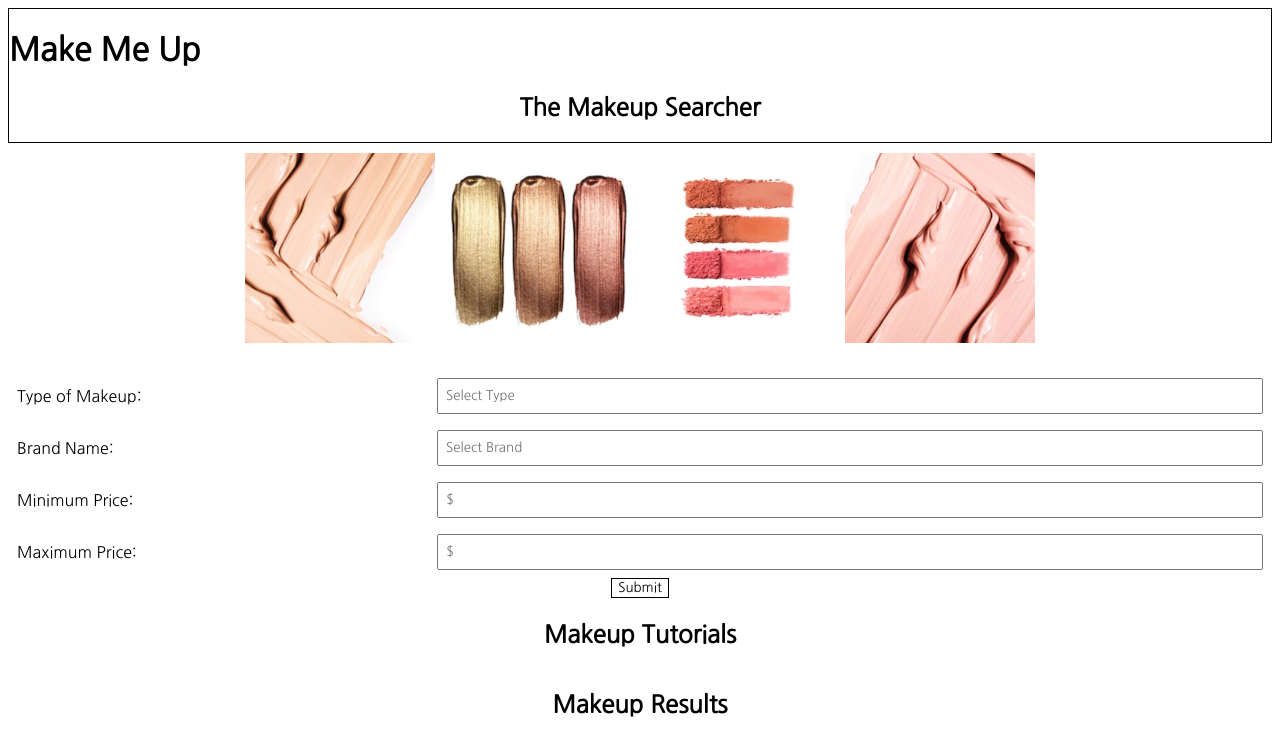
Repository: kaitlynMidori/MakeMeUp
Page: index.html
An editor plug-in stored every save of this project. The page is shown before and after the next save, followed by the edit.
The browser window is 1280 px wide. The pictures show the whole page.

Above is the page before, as saved 2020-12-10 17:22:26.

### index.html
<!DOCTYPE html>
<html lang="en">

<head>
    <meta charset="utf-8">
    <meta name="viewport" content="width=device-width">
    <title>Make Me Up</title>
    <link href="style.css" rel="stylesheet" type="text/css" />
    <link rel="preconnect" href="https://fonts.gstatic.com">
    <link href="https://fonts.googleapis.com/css2?family=Nanum+Gothic&display=swap" rel="stylesheet">
</head>

<body>

    <header>
        <h1>Make Me Up</h1>
        <h2>The Makeup Searcher</h2>
    </header>

    <div id="img-container" class="img" style="padding: 5px;">
        <img src="images/smear1.png" alt="eyeshadow smear" height="200" width="200" style="padding: 5px;">
        <img src="images/smear2.png" alt="lipstick smear" height="200" width="200" style="padding: 5px;">
        <img src="images/smear4.jpg" alt="concealer smear" height="200" width="200" style="padding: 5px;">
        <img src="images/smear3.png" alt="blush smear" height="200" width="200" style="padding: 5px;">
    </div>

    <div class="form-container">
        <form id="js-form">
            <ul class="formWrapper">
                <li class= "form-row">
                    <label class="search-term" for="product-type">Type of Makeup:</label>
                    <input class="product-type input" type="text" name="product-type" id="product-type" placeholder="Select Type" list="product-type-list">
                    <datalist id="product-type-list">
                        <option value="Blush">
                        <option value="Bronzer">
                        <option value="Eyebrow">
                        <option value="Eyeliner">
                        <option value="Eyeshadow">
                        <option value="Foundation">
                        <option value="Lip Liner">
                        <option value="Lipstick">
                        <option value="Mascara">
                        <option value="Nail Polish">
                    </datalist>
                </li>

                <li class="form-row">
                    <label class="search-term" for="brand">Brand Name:</label>
                    <input class="brand input" type="text" name="brand" id="brand" placeholder="Select Brand" list="brand-list">
                    <datalist id="brand-list">
                        <option value="Almay">
                        <option value="Alva">
                        <option value="Anna Sui">
                        <option value="Annabelle">
                        <option value="Benefit">
                        <option value="Boosh">
                        <option value="Burt's Bees">
                        <option value="Butter London">
                        <option value="C'est Moi">
                        <option value="Cargo Cosmetics">
                        <option value="China Glaze">
                        <option value="Clinique">
                        <option value="Coastal Classic Creation">
                        <option value="Colourpop">
                        <option value="Covergirl">
                        <option value="Dalish">
                        <option value="Deciem">
                        <option value="Dior">
                        <option value="Dr. Hauschka">
                        <option value="e.l.f">
                        <option value="Essie">
                        <option value="Fenty">
                        <option value="Glossier">
                        <option value="Green People">
                        <option value="Iman">
                        <option value="L'oreal">
                        <option value="Lotus Cosmetics USA">
                        <option value="Maia's Mineral Galaxy">
                        <option value="Marcelle">
                        <option value="Marienatie">
                        <option value="Maybelline">
                        <option value="Milani">
                        <option value="Mineral Fusion">
                        <option value="Misa">
                        <option value="Mistura">
                        <option value="Moov">
                        <option value="Nudus">
                        <option value="NYX">
                        <option value="ORLY">
                        <option value="Pacifica">
                        <option value="Penny Lane Organics">
                        <option value="Physicians Formula">
                        <option value="Piggy Paint">
                        <option value="Pure Anada">
                        <option value="Rejuva Minerals">
                        <option value="Revlon">
                        <option value="Sally B's Skin Yummies">
                        <option value="Salon Perfect">
                        <option value="Sante">
                        <option value="Sinful Colours">
                        <option value="Smashbox">
                        <option value="Stila">
                        <option value="Suncoat">
                        <option value="w3llpeople">
                        <option value="wet n wild">
                        <option value="Zorah">
                        <option value="Zorah Biocosmetiques">
                    </datalist>
                </li>

                <li class="form-row">
                    <label class="search-term" for="min-price-input">Minimum Price:</label>
                    <input class="min-price input" type="number" name="min-price" id="min-price-input" placeholder="$">
                </li>

                <li class="form-row">
                    <label class="search-term" for="max-price-input">Maximum Price:</label>
                    <input class="max-price input" type="number" name="max-price" id="max-price-input" placeholder="$">
                </li>

                <li class="button">
                    <input id="submit-btn" type="submit" value="Submit" width="30px">
                </li>
            </ul>
        </form>
    </div>


        <p id="js-error-message" class="error-message"></p>

        <section id="yt-results" class="hidden">
            <h2>Makeup Tutorials</h2>
            <ul id="yt-results-list">
            </ul>
        </section>
    <div id="results-container" class="hidden">
        <h2>Makeup Results</h2>
            <ul id="results-list">
            </ul>
    </div>

    <script src="https://code.jquery.com/jquery-3.3.1.js" integrity="sha256-2Kok7MbOyxpgUVvAk/HJ2jigOSYS2auK4Pfzbm7uH60=" crossorigin="anonymous"></script>
    <script src="script.js"></script>

</body>

</html>

### style.css
* {
    box-sizing: border-box;
}

hidden {
    display: none;
}

* {
    font-family: 'Nanum Gothic', sans-serif;
    color: black;
}

/* header styling */
header {
    background-color: white;
    border-style: solid;
    border-width: thin;
    border-color: black;
}

h2 {
    text-align: center;
}

/* Body styling */
body {
    background-color: white;
}

/* Image styling */

#img-container {
    display: flex;
    flex-direction: row;
    flex-wrap: nowrap;
    justify-content: center;
}

/* Form styling */
.formWrapper {
    background-color: white;
    list-style-type: none;
    padding: 0;
    border-style: solid;
    border-width: thin;
    border-color: #fbfefb;
}

.form-row {
    display: flex;
    justify-content: center;
    padding: .5em;
}

.form-row >label {
    padding: .5em 1em .5em 0;
    flex: 1;
}

.form-row > input {
    flex: 2;
}

.form-row > input,
.form-row > button {
    padding: .5em;
}

.button {
    display: flex;
    justify-content: center;
}

#submit-btn {
    background-color: white;
    color: black;
    border-style: solid;
    border-width: thin;
    border-color: black;
}

/* results styling */


#results-list{
    display: flex;
    flex-wrap: wrap;
    justify-content: center;
    font-size: 12px;
}

.each-product-result {
    padding-left: 7px;
    list-style-type: none;
    background-color: white;
    border: lightgray;
    border-style: solid;
    border-width: thin;
    width: 200px;
}

.each-product-result > .product-name {
    display: block;
    margin-right: auto;
    margin-left: auto;
    font-size: 12px;
    width: 160px;
}

.each-product-result > .product-img {
    display: block;
    border: white;
    border-style: solid;
    border-width: thin;
    margin-left: auto;
    margin-right: auto;
    height: 150px;
    width: 150px;
}

.each-product-result > .product-price {
    font-style: italic;
}

.each-product-result > .product-description {
    font-size: 12px;
    font-weight: lighter;
    width: 180px;
}

/* YouTube video Styling */

#yt-results-list {
    display: flex;
    flex-wrap: wrap;
    justify-content: center;
    font-size: 12px;
}

.each-yt-result {
    padding-left: 7px;
    list-style-type: none;
    background-color: white;
    border: lightgray;
    border-style: solid;
    border-width: thin;
    width: 200px;
}

.each-yt-result > .yt-title {
    display: block;
    margin-left: auto;
    margin-left: auto;
}

.each-yt-result > .yt-description {
    font-size: 12px;
    width: 180px;
}

.each-yt-result > .yt-thumbnails {
    display: block;
    border: white;
    border-style: solid;
    border-width: thin;
    margin-left: auto;
    margin-right: auto;
    height: 130px;
    width: 150px;
}

### script.js
 'use strict';

const makeupURL = 'https://makeup-api.herokuapp.com/api/v1/products.json';

//watch form
//prevent submit btn default
//collect values for user input
function watchForm() {
    $('form').submit(event => {
        event.preventDefault();
        const searchTerm = $('#product-type').val();
        const brand = $('#brand').val();
        const minPrice = $('#min-price-input').val();
        const maxPrice = $('#max-price-input').val();
        getMakeUp(searchTerm, brand, minPrice, maxPrice);
        getYoutubeVideo(searchTerm, brand);
    });
}

//format url
function formatQueryParams(params) {
    const queryItems = Object.keys(params)
        .map(key => `${encodeURIComponent(key)}=${encodeURIComponent(params[key])}`)
    return queryItems.join('&');
}

function getMakeUp(searchTerm, brand, minPrice, maxPrice) {
    const params = {
        product_type: searchTerm,
        brand: brand,
        price_greater_than: minPrice,
        price_less_than: maxPrice,
    };

    const queryString = formatQueryParams(params)
    const url = makeupURL + '?' + queryString;
    console.log(url);

    fetch(url)
        .then(response => {
            if (response.ok) {
                return response.json();
            }
            throw new Error(response.statusText);
        })
        .then(responseJson => displayResults(responseJson))
        .catch(err => {
            $('#js-error-message').text(`Something went wrong: ${err.message}`);
        });
}

function displayResults(responseJson) {
    // if there are previous results, remove them
    console.log(responseJson);
    $('#results-list').empty();

    //if there are no results, display a msg
    if (!Object.keys(responseJson).length) {
        $('#results-list').append(`<h2>Sorry, No Products Found For That Make-Up and/or Brand</h2>`);
    }
    // iterate through the items array
    for (let i = 0; i < responseJson.length; i++) {

        // for each makeup object in the items array, add a list item to the results
        //list with the full name, img, price, description, url
        $('#results-list').append(
            `<li class="each-product-result">
      <h3 class="product-name">${responseJson[i].name}</h3>
      <img class="product-img" src="${responseJson[i].image_link}">

      <br>

      <p class="product-price">$${responseJson[i].price}</p>
      <p class="product-description">${responseJson[i].description}</p>
      </li>`
        )
    };

    //display the results section
    $('#results').removeClass('hidden');

    //clear input after results load
    $('#product-type').val('')
    $('#brand').val('')
    $('#min-price-input').val('');
    $('#max-price-input').val('');
};

$(watchForm);

// *****************Youtube video portion**************************************

const youtubeURL = 'https://www.googleapis.com/youtube/v3/search';

function getYoutubeVideo(searchTerm, brand) {
 const params = {
    part:'snippet',
    key:'AIzaSyDLTkOknlkbRK8xtwwM4HzWWfjG2awJktI',
    q: searchTerm + brand + ' makeup',
    maxResults: 6,
    type: 'video',
    order: 'Relevance',
    safeSearch: 'strict',
    relevanceLanguage: 'en'
  };

  const queryString = formatQueryParams(params)
  const url = youtubeURL + '?' + queryString;
  console.log(url);

  fetch(url)
    .then(response => {
      if (response.ok) {
        return response.json();
      }
      throw new Error(response.statusText);
    })
    .then(responseJson => displayYoutubeResults(responseJson))
    .catch(err => {
      $('#js-error-message').text(`Something went wrong: ${err.message}`);
    });
}

function displayYoutubeResults(responseJson) {
  console.log(responseJson);

  $('#yt-results-list').empty();

  if(!Object.keys(responseJson.items).length){
    $('#yt-results-list').append(`<h2>Sorry, No Videos Found For That Make-Up and/or Brand</h2>`);
  }

  for (let i = 0; i < responseJson.items.length; i++){
    $('#yt-results-list').append(
      `<li class= "each-yt-result">
      <a href="https://www.youtube.com/watch?v=${responseJson.items[i].id.videoId}?vq=hd1080" target=_blank>
        <h3>${responseJson.items[i].snippet.title} class="yt-title"</h3>
      </a>
      <a href="https://www.youtube.com/watch?v=${responseJson.items[i].id.videoId}?vq=hd1080" class= "yt-thumbnails" target=_blank>
        <img src="${responseJson.items[i].snippet.thumbnails.default.url}">
      </a>

      <p>Channel: <a href="https://www.youtube.com/channel/${responseJson.items[i].snippet.channelId}" class="yt-channel" target=_blank>${responseJson.items[i].snippet.channelTitle}</a></p>

      <p>${responseJson.items[i].snippet.description}</p>

      </li>`)
  };

  $('#yt-results').removeClass('hidden');
};

After the next save:
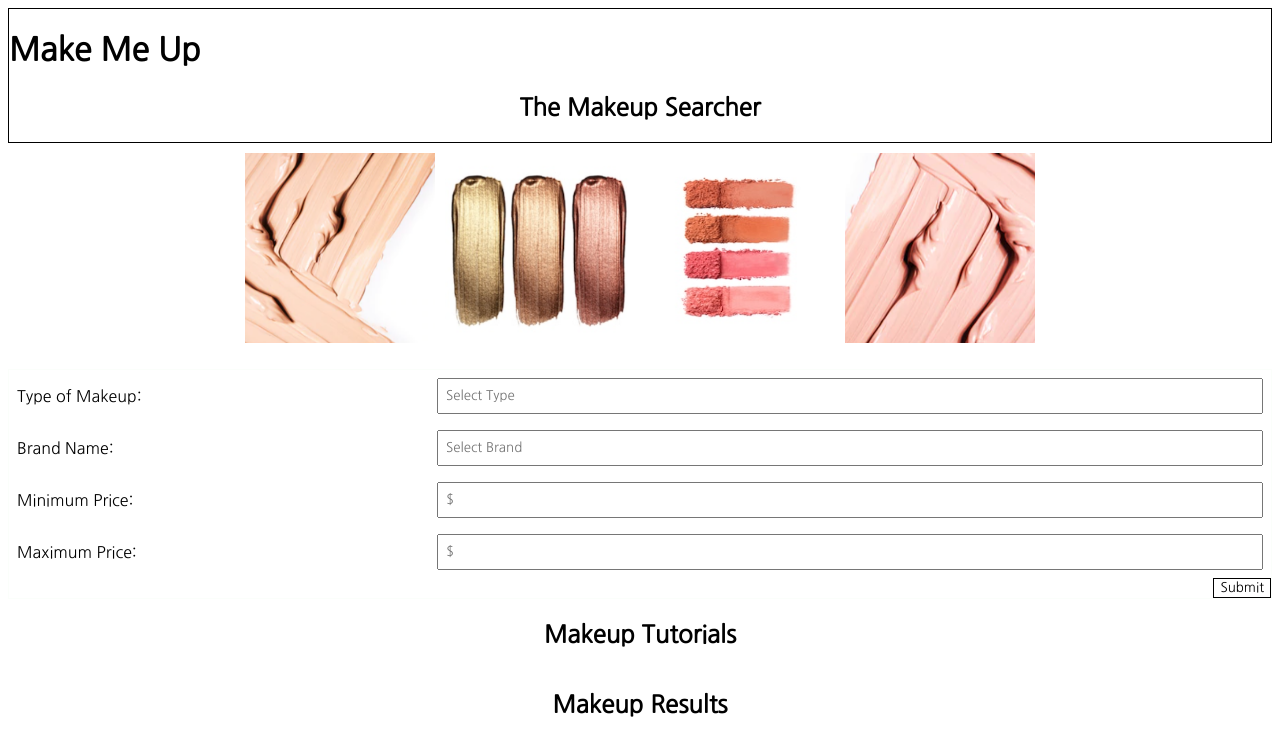
Saved 14 s later.
--- a/style.css
+++ b/style.css
@@ -69,7 +69,7 @@ body {
 
 .button {
     display: flex;
-    justify-content: center;
+    justify-content: right;
 }
 
 #submit-btn {
